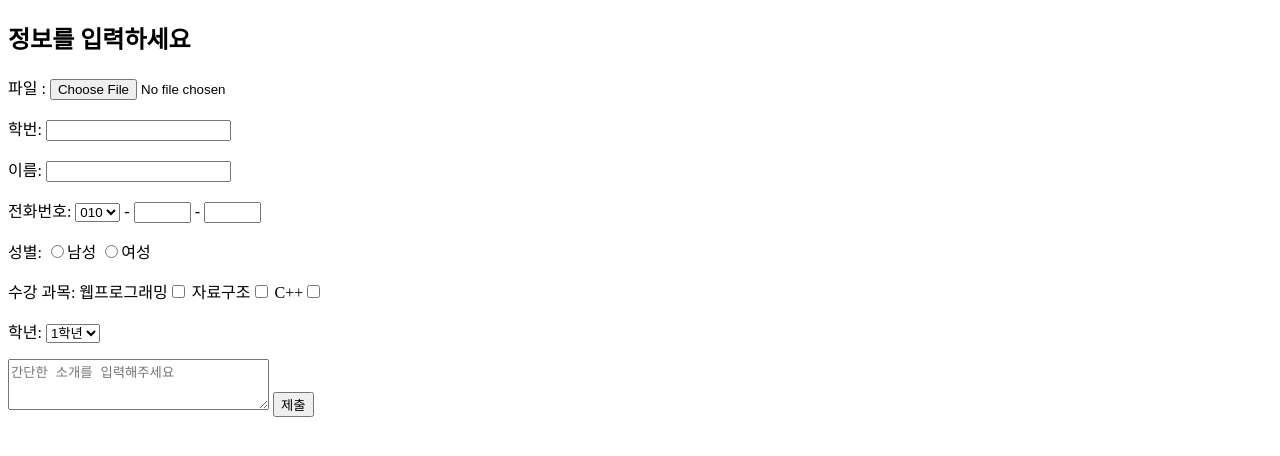
Repository: xxeionw/java_form
Page: http://localhost/formpro/form.jsp
These files come from the project's save history. The page is drawn as it stood at one moment and after the next save; the edit follows.
The browser window is 1280 px wide. The pictures show the whole page.
The page is served by Tomcat 9.

Above is the page before, as saved 2025-05-27 08:59:17.

After the next save:
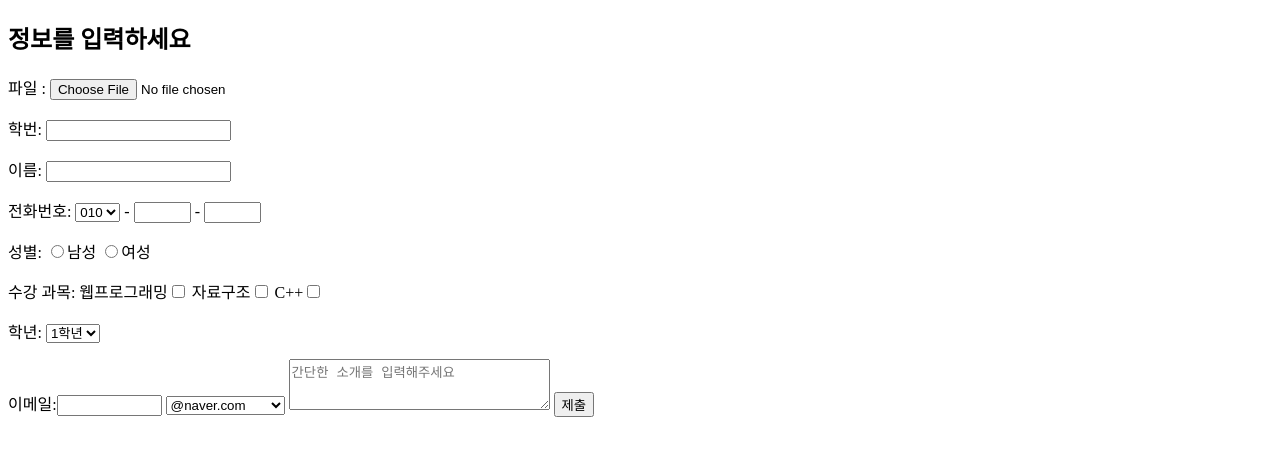
Saved 1 s later.
--- a/formpro/src/main/webapp/form.jsp
+++ b/formpro/src/main/webapp/form.jsp
@@ -34,6 +34,13 @@
                 <option value="4학년">4학년</option>
             </select>
         </p>
+        <p>이메일:<input type="text" size="10" name="email">
+        <select name="emailaddress">
+        <option value="@naver.com">@naver.com</option>
+        <option value="@gmail.com">@gmail.com</option>
+        <option value="@daum.com">@daum.com</option>
+        <option value="@duksung.ac.kr">@duksung.ac.kr</option>
+        </select>
         <textarea name = "comment" cols="30" rows="3" placeholder="간단한 소개를 입력해주세요"></textarea>
         <input type="submit" value="제출">
     </form>
